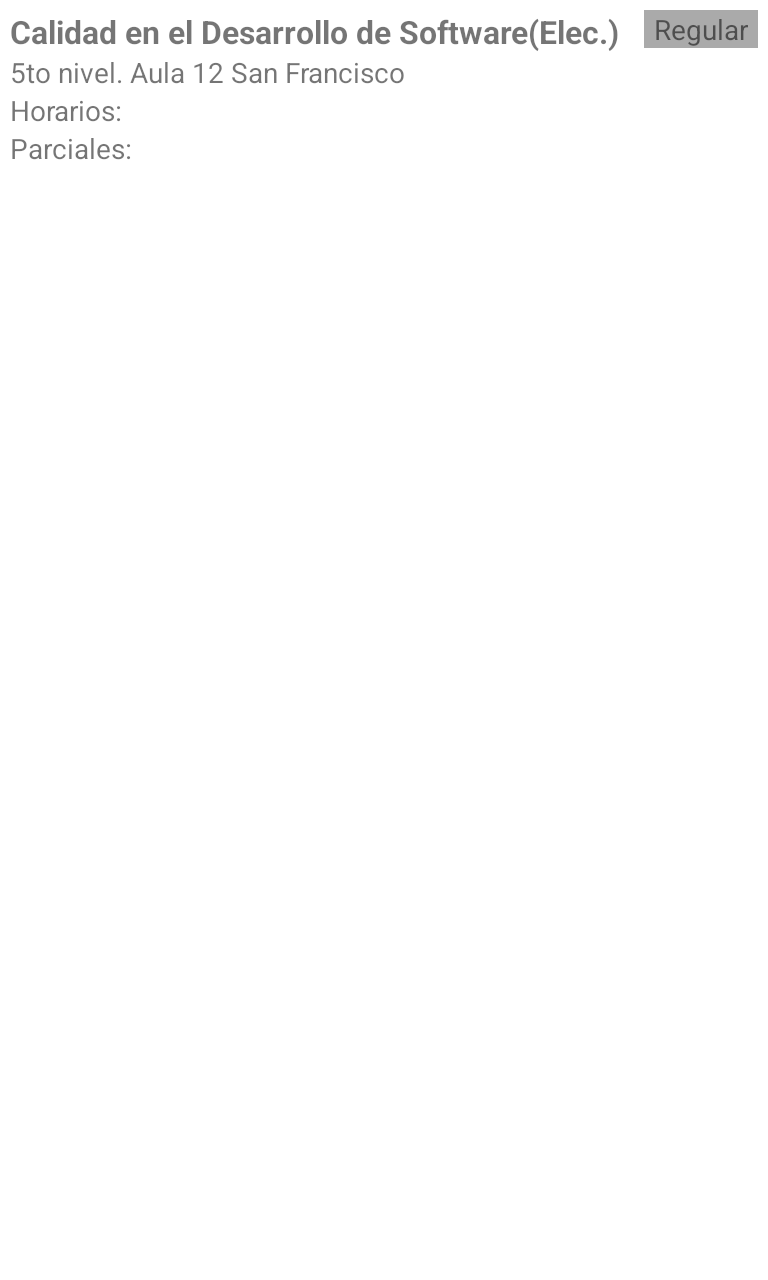
Repository: juanpablobono/Sysacadalumnos
Layout: Sysacad/res/layout/lst_cursado_item.xml
These files come from the project's save history. The layout is drawn as it stood at one moment and after the next save; the edit follows.
It is drawn on a 768 x 1280 px phone screen (xhdpi) without system bars, with theme temaSysacad; the app's code is not run.

Above is the layout before, as saved 2014-07-07 12:56:45.

### Sysacad/res/layout/lst_cursado_item.xml
<?xml version="1.0" encoding="utf-8"?>
<RelativeLayout xmlns:android="http://schemas.android.com/apk/res/android"
    android:layout_width="match_parent"
    android:layout_height="match_parent"
    android:background="@android:color/background_light"
    android:padding="5dp">

    <TextView
        android:id="@+id/lblNombreMateria"
        android:layout_width="wrap_content"
        android:layout_height="wrap_content"
        android:layout_alignParentLeft="true"
        android:layout_alignParentTop="true"
        android:text="Calidad en el Desarrollo de Software(Elec.)"
        android:layout_toLeftOf="@+id/lblCondicion"
        android:layout_marginRight="5dp"
        android:textSize="16sp"
        android:textStyle="bold"
        android:maxLines="1"/>

    <TextView
        android:id="@+id/lblCondicion"
        android:layout_width="wrap_content"
        android:layout_height="wrap_content"
        android:layout_alignParentRight="true"
        android:layout_alignParentTop="true"
        android:background="@android:color/darker_gray"
        android:text="Regular"
        android:paddingLeft="5dp"
        android:paddingRight="5dp"/>

    <TextView
        android:id="@+id/lblNivel"
        android:layout_width="wrap_content"
        android:layout_height="wrap_content"
        android:layout_alignParentLeft="true"
        android:layout_below="@+id/lblNombreMateria"
        android:text="5to nivel. " />

    <TextView
        android:id="@+id/lblForAula"
        android:layout_width="wrap_content"
        android:layout_height="wrap_content"
        android:layout_toRightOf="@+id/lblNivel"

        android:layout_below="@+id/lblNombreMateria"
        android:text="Aula " />

    <TextView
        android:id="@+id/lblAula"
        android:layout_width="wrap_content"
        android:layout_height="wrap_content"
        android:layout_toRightOf="@+id/lblForAula"
        android:layout_below="@+id/lblNombreMateria"
        android:text="12 San Francisco" />

    <TextView
        android:id="@+id/lblForHorarios"
        android:layout_width="wrap_content"
        android:layout_height="wrap_content"
        android:layout_alignParentLeft="true"
        android:layout_below="@+id/lblForAula"
        android:text="Horarios: " />

    <TextView
        android:id="@+id/lblForParciales"
        android:layout_width="wrap_content"
        android:layout_height="wrap_content"
        android:layout_alignParentLeft="true"
        android:layout_below="@+id/lblForHorarios"
        android:text="Parciales: " />

    <TextView
        android:id="@+id/lblHorarios"
        android:layout_width="wrap_content"
        android:layout_height="wrap_content"
        android:layout_alignBaseline="@+id/lblForHorarios"
        android:layout_alignBottom="@+id/lblForHorarios"
        android:layout_toRightOf="@+id/lblForHorarios"
        android:text="" />

    <TextView
        android:id="@+id/lblParciales"
        android:layout_width="wrap_content"
        android:layout_height="wrap_content"
        android:layout_alignBaseline="@+id/lblForParciales"
        android:layout_alignBottom="@+id/lblForParciales"
        android:layout_alignLeft="@+id/lblHorarios"
        android:text="" />

</RelativeLayout>

### Sysacad/res/values/styles.xml
<resources xmlns:android="http://schemas.android.com/apk/res/android">

    <!--
        Base application theme, dependent on API level. This theme is replaced
        by AppBaseTheme from res/values-vXX/styles.xml on newer devices.

         <item name="android:background">@color/background_activities</item>
    -->

    <!-- the theme applied to the application or activity -->

    <style name="temaSysacad" parent="@style/Theme.AppCompat.Light.DarkActionBar">

    </style>

</resources>

After the next save:
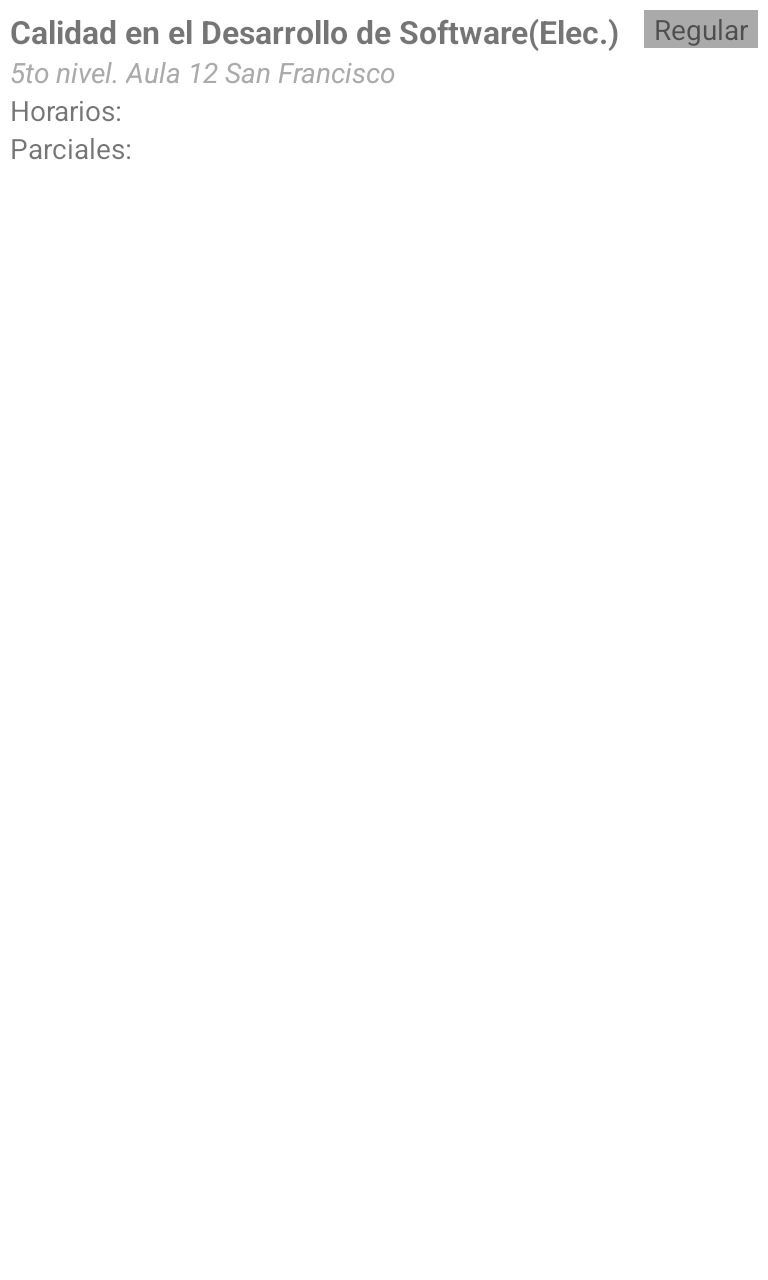
Saved 40 s later.
--- a/Sysacad/res/layout/lst_cursado_item.xml
+++ b/Sysacad/res/layout/lst_cursado_item.xml
@@ -35,6 +35,8 @@
         android:layout_height="wrap_content"
         android:layout_alignParentLeft="true"
         android:layout_below="@+id/lblNombreMateria"
+        android:textColor="@android:color/darker_gray"
+        android:textStyle="italic"
         android:text="5to nivel. " />
 
     <TextView
@@ -42,7 +44,8 @@
         android:layout_width="wrap_content"
         android:layout_height="wrap_content"
         android:layout_toRightOf="@+id/lblNivel"
-
+        android:textColor="@android:color/darker_gray"
+        android:textStyle="italic"
         android:layout_below="@+id/lblNombreMateria"
         android:text="Aula " />
 
@@ -52,6 +55,8 @@
         android:layout_height="wrap_content"
         android:layout_toRightOf="@+id/lblForAula"
         android:layout_below="@+id/lblNombreMateria"
+        android:textColor="@android:color/darker_gray"
+        android:textStyle="italic"
         android:text="12 San Francisco" />
 
     <TextView
